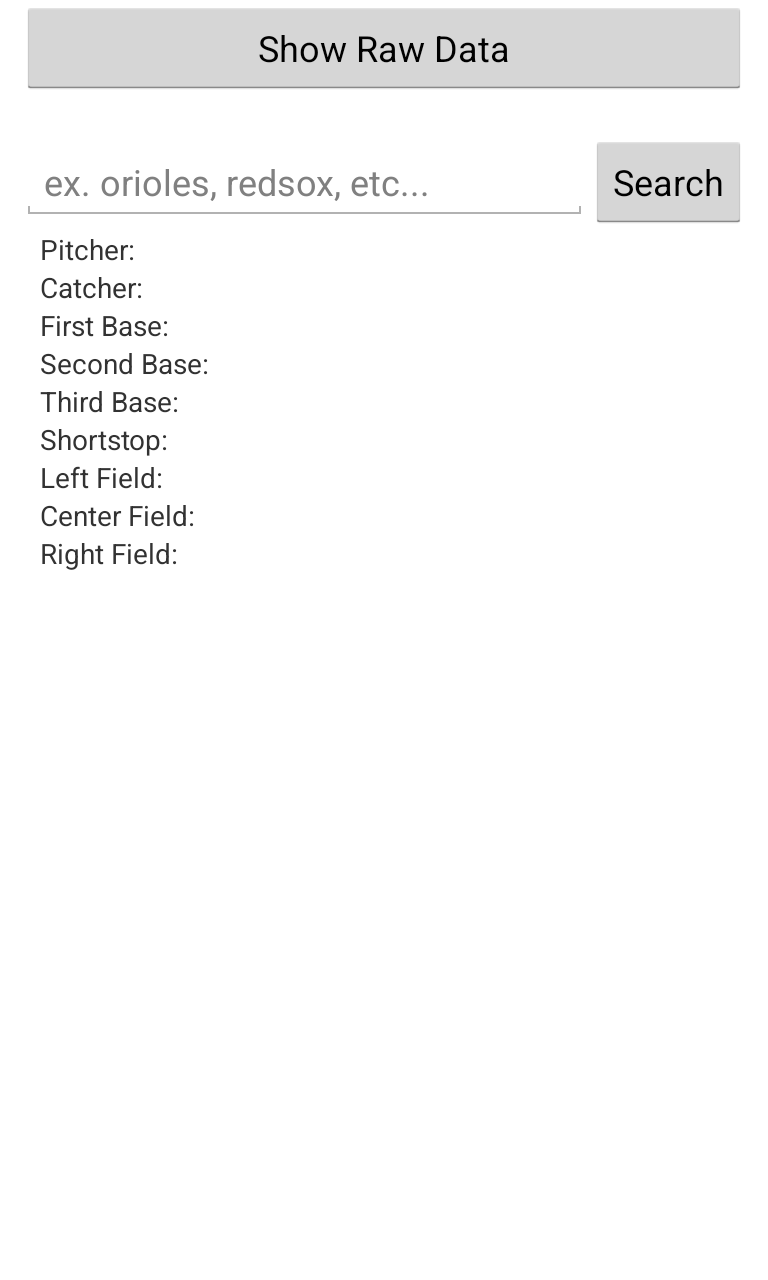
Repository: jemcphe/java1
Layout: teamG.M./TeamGM/res/layout/applayout.xml
These files come from the project's save history. The layout is drawn as it stood at one moment and after the next save; the edit follows.
It is drawn on a 768 x 1280 px phone screen (xhdpi) without system bars, with theme AppTheme; the app's code is not run.

Above is the layout before, as saved 2013-05-27 05:31:37.

After the next save:
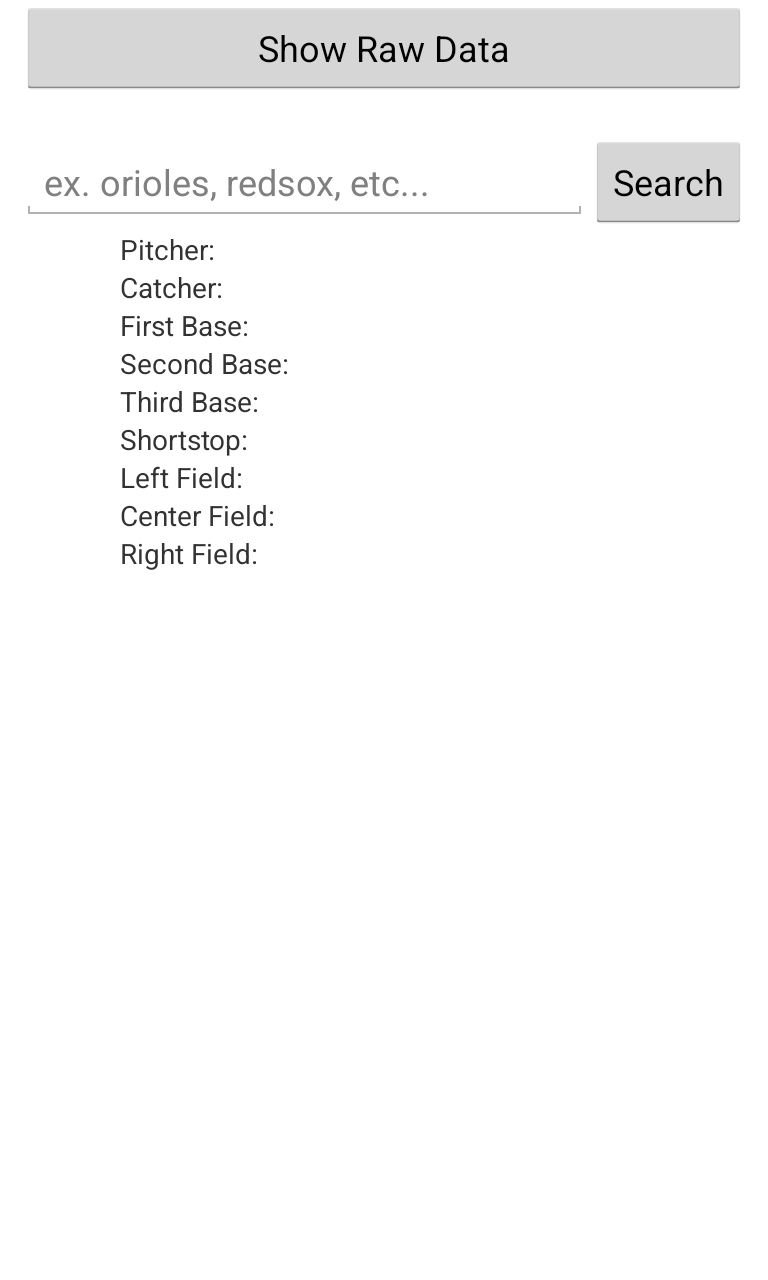
Saved 33 s later.
--- a/teamG.M./TeamGM/res/layout/applayout.xml
+++ b/teamG.M./TeamGM/res/layout/applayout.xml
@@ -51,7 +51,7 @@
         android:layout_width="match_parent"
         android:layout_height="wrap_content"
         android:orientation="vertical"
-        android:paddingLeft="10dp" >
+        android:paddingLeft="50dp" >
 
         <GridLayout
             android:id="@+id/teamDisplay"
